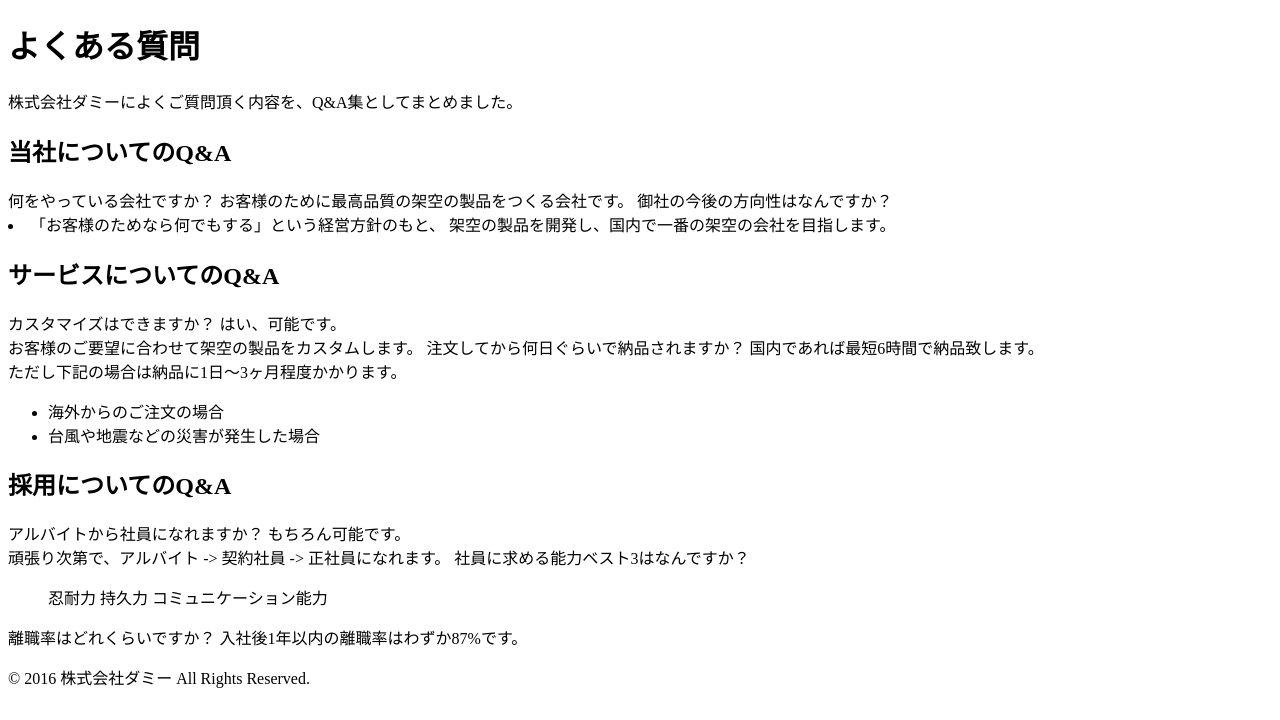
Repository: winc1980/practice-hp2022-wednesday
Page: ruka/practice1.html
The author's editor kept a copy of each file at every save. The page is drawn from the files as they stood at one save, then again after the next save.
The browser window is 1280 px wide. The pictures show the whole page.

Above is the page before, as saved 2022-05-26 00:11:29.

After the next save:
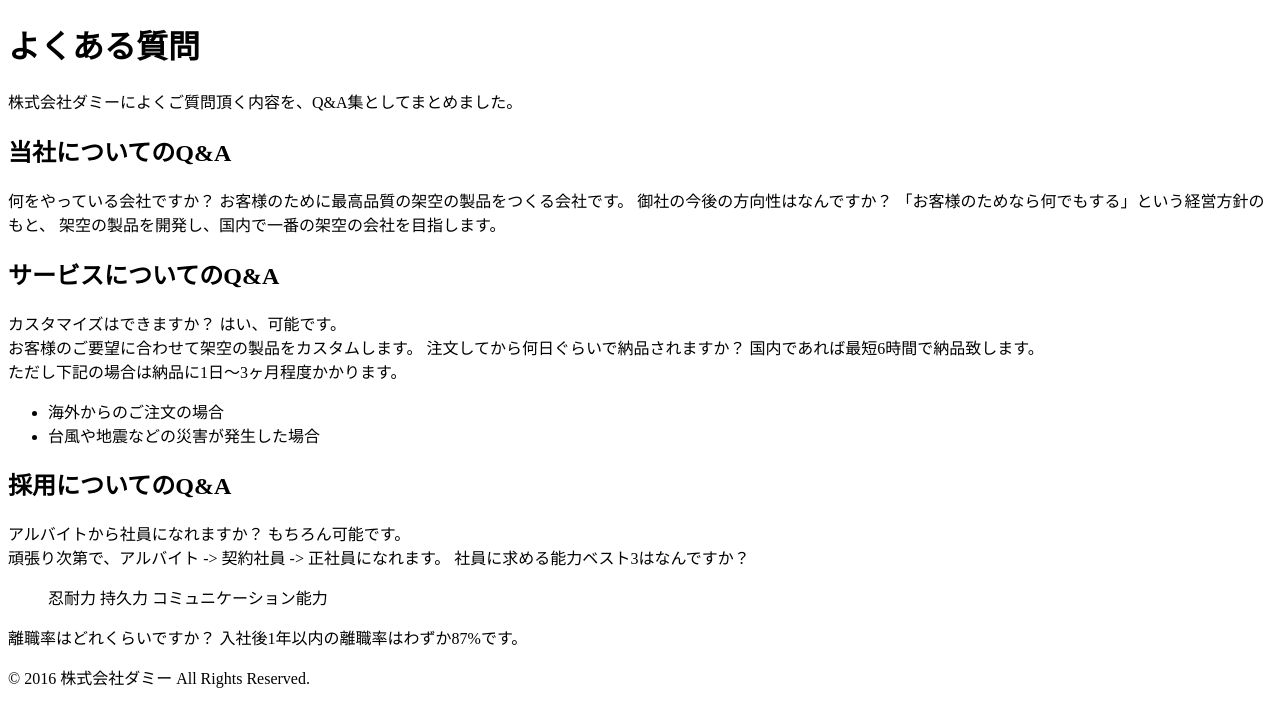
Saved 5 s later.
--- a/ruka/practice1.html
+++ b/ruka/practice1.html
@@ -22,7 +22,7 @@
 
 
 御社の今後の方向性はなんですか？
-<li>
+
 「<span>お客様のためなら何でもする</span>」という経営方針のもと、
 架空の製品を開発し、<span>国内で一番の架空の会社を目指します</span>。
 
